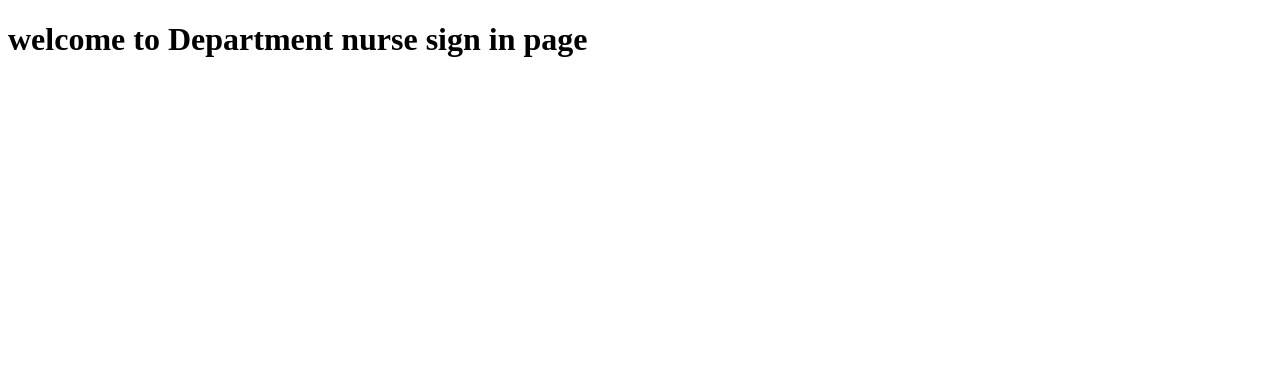
Repository: OmarAl-Saleh/Hospital-Emergency-System
Page: http://localhost/EmergencySystem/department_nurse/sign-in.jsp
These files come from the project's save history. The page is drawn as it stood at one moment and after the next save; the edit follows.
The browser window is 1280 px wide. The pictures show the whole page.
The page is served by Tomcat 9. Other server files are loaded and not shown.

Above is the page before, as saved 2024-05-22 13:06:18.

### EmergencySystem/EmergencySystem/src/main/webapp/department_nurse/sign-in.jsp
<%@ page language="java" contentType="text/html; charset=ISO-8859-1"
    pageEncoding="ISO-8859-1"%>
<!DOCTYPE html>
<html>
<head>
<meta charset="ISO-8859-1">
<title>Department nurse sign in page</title>
</head>
<body>
<h1>welcome to Department nurse sign in page</h1>
</body>
</html>

After the next save:
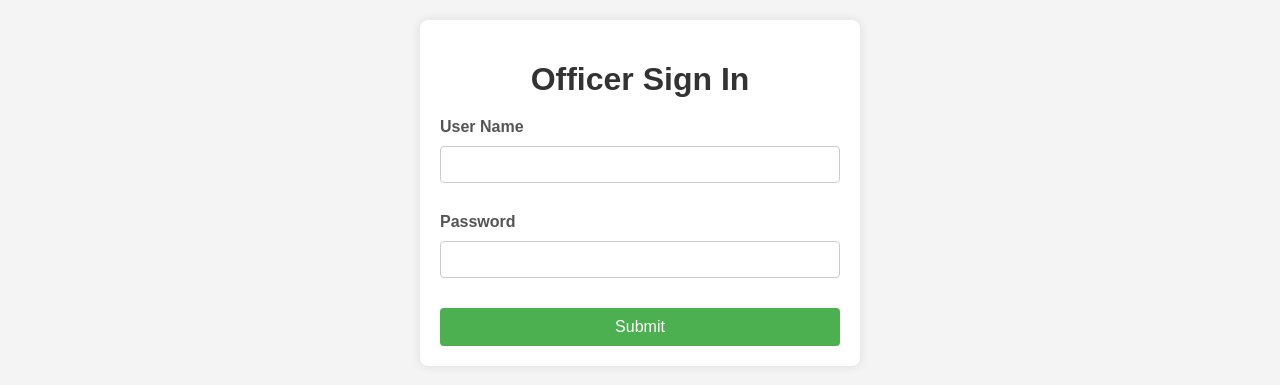
Saved 2 min 26 s later.
--- a/EmergencySystem/EmergencySystem/src/main/webapp/department_nurse/sign-in.jsp
+++ b/EmergencySystem/EmergencySystem/src/main/webapp/department_nurse/sign-in.jsp
@@ -1,12 +1,81 @@
-<%@ page language="java" contentType="text/html; charset=ISO-8859-1"
-    pageEncoding="ISO-8859-1"%>
+<%@ page language="java" contentType="text/html; charset=ISO-8859-1" pageEncoding="ISO-8859-1"%>
 <!DOCTYPE html>
 <html>
 <head>
 <meta charset="ISO-8859-1">
-<title>Department nurse sign in page</title>
+<title>Officer Sign In Page</title>
+<style>
+    body {
+        font-family: Arial, sans-serif;
+        background-color: #f4f4f4;
+        margin: 0;
+        padding: 20px;
+    }
+
+    form {
+        background-color: white;
+        padding: 20px;
+        border-radius: 8px;
+        box-shadow: 0 0 10px rgba(0, 0, 0, 0.1);
+        max-width: 400px;
+        margin: auto;
+    }
+
+    h1 {
+        text-align: center;
+        color: #333;
+        margin-bottom: 20px;
+    }
+
+    label {
+        display: block;
+        margin-bottom: 10px;
+        font-weight: bold;
+        color: #555;
+    }
+
+    input[type="text"], input[type="password"], input[type="email"], input[type="tel"] {
+        width: 100%;
+        padding: 10px;
+        margin-bottom: 15px;
+        border: 1px solid #ccc;
+        border-radius: 4px;
+        box-sizing: border-box;
+    }
+
+    input[type="submit"] {
+        background-color: #4CAF50;
+        color: white;
+        border: none;
+        padding: 10px 20px;
+        cursor: pointer;
+        border-radius: 4px;
+        width: 100%;
+        font-size: 16px;
+    }
+
+    input[type="submit"]:hover {
+        background-color: #45a049;
+    }
+
+    .form-group {
+        margin-bottom: 15px;
+    }
+</style>
 </head>
 <body>
-<h1>welcome to Department nurse sign in page</h1>
+<form action="department_nurse" method="get">
+    <h1>Officer Sign In</h1>
+    <input type="hidden" name="source" value="sign-in"/>
+    <div class="form-group">
+        <label for="name">User Name</label>
+        <input type="text" id="name" name="name" required/>
+    </div>
+    <div class="form-group">
+        <label for="password">Password</label>
+        <input type="password" id="password" name="password" required/>
+    </div>
+    <input type="submit" value="Submit"/>
+</form>
 </body>
 </html>
